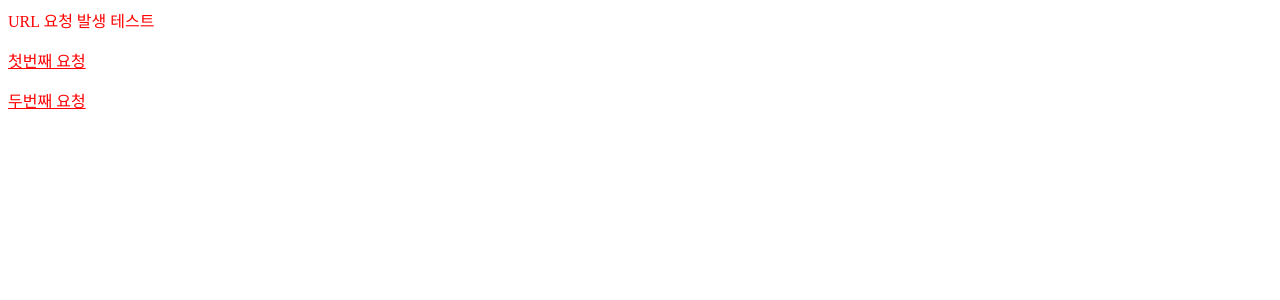
Repository: H-hyeonje/jsp
Page: http://localhost/jsp_example/
The author's editor kept a copy of each file at every save. The page is drawn from the files as they stood at one save, then again after the next save.
The browser window is 1280 px wide. The pictures show the whole page.
The page is served by Tomcat 10.

Above is the page before, as saved 2024-10-07 06:47:04.

After the next save:
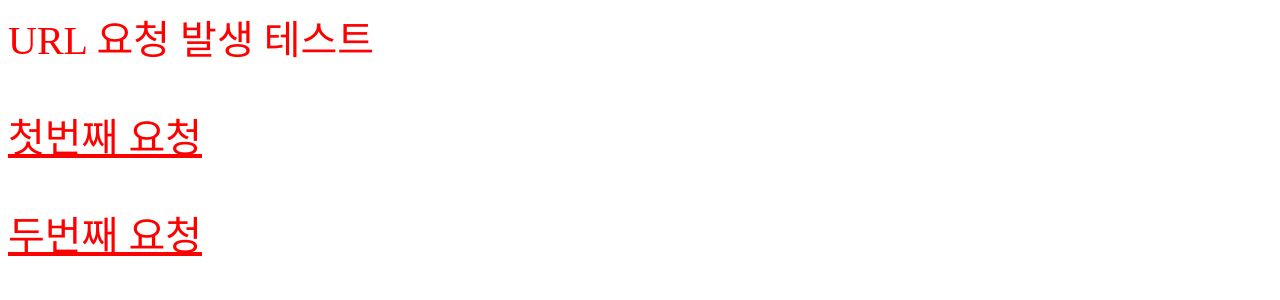
Saved 14 min 4 s later.
--- a/jsp_example/src/main/webapp/index.css
+++ b/jsp_example/src/main/webapp/index.css
@@ -1,4 +1,5 @@
 @charset "UTF-8";
 *{
 	color:red;
+	font-size :40px;
 }
